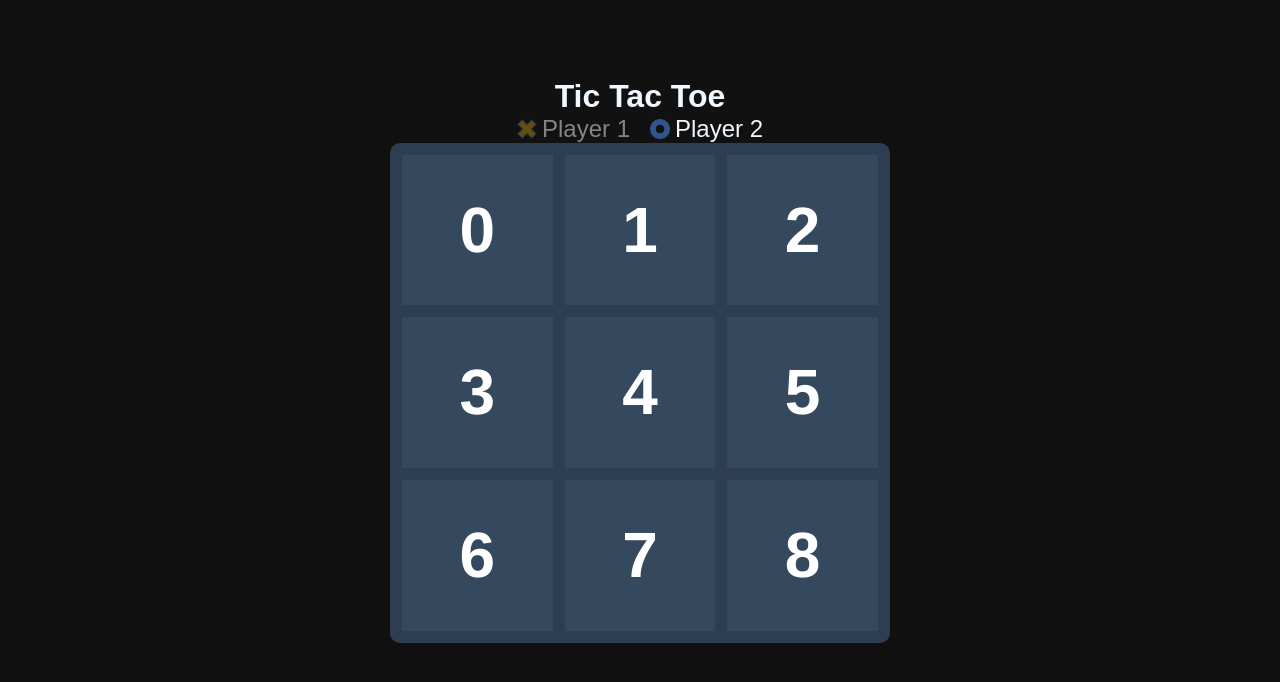
Repository: richardlieknis/tictactoe
Page: index.html
These files come from the project's save history. The page is drawn as it stood at one moment and after the next save; the edit follows.
The browser window is 1280 px wide. The pictures show the whole page.

Above is the page before, as saved 2022-12-08 13:47:13.

### index.html
<!DOCTYPE html>
<html lang="en">

<head>
    <meta charset="UTF-8" />
    <meta http-equiv="X-UA-Compatible" content="IE=edge" />
    <meta name="viewport" content="width=device-width, initial-scale=1.0" />
    <title>TicTacToe</title>
    <link rel="stylesheet" href="css/style.css" />
    <link rel="stylesheet" href="css/mobile.css" />

    <script src="main.js"></script>
</head>

<body>
    <div class="maincontainer">
        <h1>Tic Tac Toe</h1>
        <div class="players">
            <div id="player1" class="inactive">
                <img src="src/img/cross.png" /> Player 1
            </div>
            <div id="player2"><img src="src/img/circle.png" /> Player 2</div>
        </div>
        <div class="gameField">
            <div class="box" id="0" onclick="playerPlace(0)">0</div>
            <div class="box" id="1" onclick="playerPlace(1)">1</div>
            <div class="box" id="2" onclick="playerPlace(2)">2</div>
            <div class="box" id="3" onclick="playerPlace(3)">3</div>
            <div class="box" id="4" onclick="playerPlace(4)">4</div>
            <div class="box" id="5" onclick="playerPlace(5)">5</div>
            <div class="box" id="6" onclick="playerPlace(6)">6</div>
            <div class="box" id="7" onclick="playerPlace(7)">7</div>
            <div class="box" id="8" onclick="playerPlace(8)">8</div>
        </div>
    </div>
</body>

</html>

### css/style.css
* {
    margin: 0;
    padding: 0;
    box-sizing: border-box;
}

body {
    font-family: sans-serif;
    color: aliceblue;
    background-color: #111;
}

.players {
    display: flex;
    align-items: center;
    justify-content: center;
    gap: 20px;
}

#player1,
#player2 {
    display: flex;
    align-items: center;
    gap: 5px;
    font-size: 24px;
}

.inactive {
    opacity: 0.5;
}

.players img {
    width: 20px;
}

.maincontainer {
    display: flex;
    justify-content: center;
    align-items: center;
    flex-direction: column;
    height: 100vh;
}

.gameField {
    width: 500px;
    height: 500px;
    margin: 0 auto;
    background-color: #34495e;
    color: #fff;
    border: 6px solid #2c3e50;
    border-radius: 10px;
    display: grid;
    grid-template: repeat(3, 1fr) / repeat(3, 1fr);
}

.box {
    border: 6px solid #2c3e50;
    border-radius: 2px;
    font-family: Helvetica;
    font-weight: bold;
    font-size: 4em;
    display: flex;
    justify-content: center;
    align-items: center;
    cursor: pointer;
}

.box:hover {
    background-color: #416080;
}

### main.js
const circle = document.getElementById('circle');
const cross = document.getElementById('cross');
const gameover = document.getElementById('gameover');
const player1 = document.getElementById('player1');
const player2 = document.getElementById('player2');

let fields = [0, 1, 2, 3, 4, 5, 6, 7, 8];
let currentPlayer = 'cross';
let win = false;

let winFields = [
    [0, 1, 2],
    [3, 4, 5],
    [6, 7, 8],
    [0, 3, 6],
    [1, 4, 7],
    [2, 5, 8],
    [0, 4, 8],
    [2, 4, 6]
]

function playerPlace(id) {
    let fieldHtml = document.getElementById(id);
    if (fields[id] < 9 && !win) {
        if (currentPlayer === 'circle') {
            fields[id] = 'circle';
            fieldHtml.innerHTML = `<img src="src/img/circle.png">`;
            checkWin();
            currentPlayer = 'cross';
            player1.classList.remove('inactive');
            player2.classList.add('inactive');
        } else if (currentPlayer === 'cross') {
            fields[id] = 'cross';
            fieldHtml.innerHTML = `<img src="src/img/cross.png">`;
            checkWin();
            currentPlayer = 'circle';
            player2.classList.remove('inactive');
            player1.classList.add('inactive');
        }
    }
}

function checkWin() {
    for (let i = 0; i < winFields.length; i++) {
        if (fields[winFields[i][0]] === fields[winFields[i][1]] &&
            fields[winFields[i][1]] === fields[winFields[i][2]]) {
            console.log("GEWONNEN:", currentPlayer);
            win = true;
        }
    }

}

function resetGame() {
    win = false;
    for (let i = 0; i < 9; i++) {
        let fieldHtml = document.getElementById(i);
        fields = [0, 1, 2, 3, 4, 5, 6, 7, 8];
        fieldHtml.innerHTML = "";
    }
}

Loaded but not shown: css/mobile.css (no stored copy; drawn as an empty file)

After the next save:
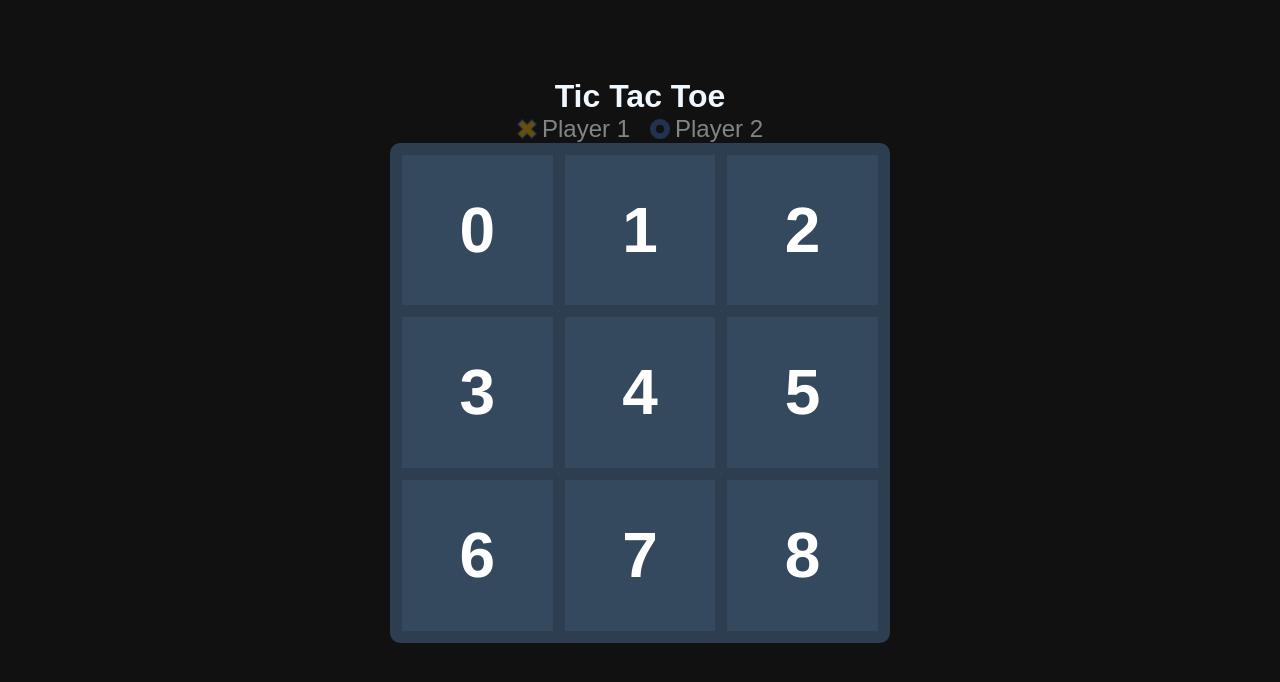
Saved 40 s later.
--- a/index.html
+++ b/index.html
@@ -19,7 +19,9 @@
             <div id="player1" class="inactive">
                 <img src="src/img/cross.png" /> Player 1
             </div>
-            <div id="player2"><img src="src/img/circle.png" /> Player 2</div>
+            <div id="player2" class="inactive">
+                <img src="src/img/circle.png" /> Player 2
+            </div>
         </div>
         <div class="gameField">
             <div class="box" id="0" onclick="playerPlace(0)">0</div>
